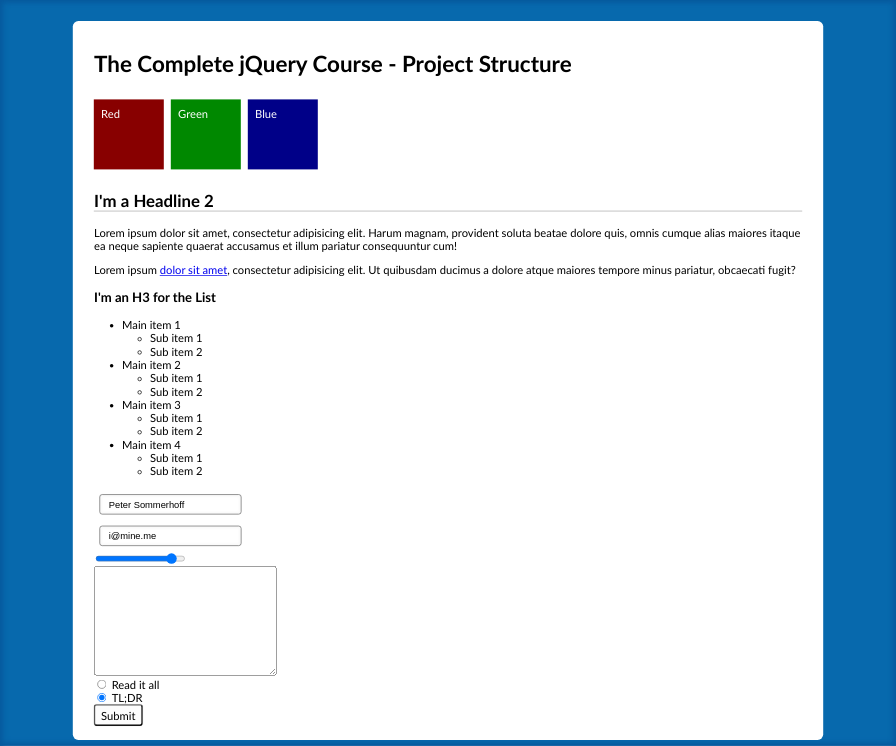
Repository: vpriyankaprabhu/Jquery-examples
Page: 04/change-attributes-properties/index.html
These files come from the project's save history. The page is drawn as it stood at one moment and after the next save; the edit follows.
The browser window is 1280 px wide. The pictures show the whole page, at 70% of full size.

Above is the page before, as saved 2024-12-30 11:21:04.

### 04/change-attributes-properties/index.html
<!DOCTYPE html>
<html lang="en">
<head>
  <meta charset="UTF-8">
  <script src="https://code.jquery.com/jquery-1.12.3.min.js" integrity="sha256-aaODHAgvwQW1bFOGXMeX+pC4PZIPsvn2h1sArYOhgXQ=" crossorigin="anonymous"></script>
  <script src="js/script.js"></script>
  <link rel="stylesheet" href="css/style.css">
  <title>The Complete jQuery Course - Course Code</title>
</head>
<body>
  <div id="content">
    <h1>The Complete jQuery Course - Project Structure</h1>

    <div class="red-box">Red</div>
    <div class="green-box">Green</div>
    <div class="blue-box">Blue</div>
    <div class="clear"></div>

    <h2>I'm a Headline 2</h2>
    <p>Lorem ipsum dolor sit amet, consectetur adipisicing elit. Harum magnam, provident soluta beatae dolore quis, omnis cumque alias maiores itaque ea neque sapiente quaerat accusamus et illum pariatur consequuntur cum!</p>
    <p>Lorem ipsum <a id="link" title="An amazing link" href="/url">dolor sit amet</a>, consectetur adipisicing elit. Ut quibusdam ducimus a dolore atque maiores tempore minus pariatur, obcaecati fugit?</p>

    <h3>I'm an H3 for the List</h3>
    <!-- An unordered list with ID "list" -->
    <ul id="list">
      <li>Main item 1
        <ul>
          <li>Sub item 1</li>
          <li>Sub item 2</li>
        </ul></li>
      <li>Main item 2
        <ul>
          <li>Sub item 1</li>
          <li>Sub item 2</li>
        </ul></li>
      <li>Main item 3
        <ul>
          <li>Sub item 1</li>
          <li>Sub item 2</li>
        </ul></li>
      <li>Main item 4
        <ul>
          <li>Sub item 1</li>
          <li>Sub item 2</li>
        </ul></li>
    </ul>

    <!-- A form element without class or ID  -->
    <form action="">
      <input type="text" value="Foo"><br>
      <input type="email" value="i@mine.me"><br>
      <input type="range" min="1" max="10" value="3"><br>
      <textarea name="message" id="message" cols="30" rows="10"></textarea><br>
      <input type="radio" name="toc" value="read" id="read"> <label for="read">Read it all</label> <br>
      <input type="radio" name="toc" value="tldr" checked> <label for="tldr">TL;DR</label> <br>
      <input type="submit" value="Submit">
    </form>
</body>
</html>

### 04/change-attributes-properties/js/script.js
$(function () {

  // 1) Attributes with attr()

  // To read the current value of an attribute, use attr() with only
  // one argument: the name of the attribute you want to read.
  var link = $("#link");
  // Retrieve the value of the href attribute of the <a> tag
  // This is logged into the console. To see it, press F12 in Firefox/Chrome
  // to open the Developer Tools and click on the Console tab.
  console.log(link.attr("href"));
  // Log the value of the title attribute
  console.log(link.attr("title"));

  // To set the value of an attribute, you call the attr() function with two
  // arguments: first, the name of the attribute you want to change, and second
  // the new value:
  link.attr("href", "http://petersommerhoff.com");

  // 2) Properties with prop()

  // To read the *current* value of a checkbox for instance, you must use the
  // prop() function:
  var radioButton = $("input[type=radio]:first");
  console.log(radioButton.prop("checked"));  // false
  console.log(radioButton.attr("checked"));  // undefined

  // 3) Values with val()
  // -> Read or set the value attribute of input elements

  // To retrieve the value of an input element, simply call val()
  var email = $("input[type=email]").val();
  console.log(email);  // i@mine.me
  var number = $("input[type=range]").val();
  console.log(number);  // 3

  // To set a new value, pass the new value as an argument to val():
  $("input[type=text]").val("Peter Sommerhoff");
  $("input[type=range]").val(9);

  // If you have multiple elements selected, using val() will implicitly
  // always call first() beforehand, so only change the first input element:
  var value = $("input").val();
  console.log(value);  // Peter Sommerhoff

});

### 04/change-attributes-properties/css/style.css
.lightbox {
  position: absolute;
  top: 0;
  left: 0;
  display: none;
  width: 30%;
  height: 60%;
  padding: 15% 35% 25% 35%;
  color: #000000;
  background-color: rgba(200, 100, 0, 0.9);
  text-align: center;
  text-shadow: #333 0 1px 0; }

.red-box {
  float: left;
  width: 80px;
  height: 80px;
  margin: 10px 10px 10px 0;
  padding: 10px;
  color: #ffffff;
  background-color: #880000; }

.green-box {
  float: left;
  width: 80px;
  height: 80px;
  margin: 10px 10px 10px 0;
  padding: 10px;
  color: #ffffff;
  background-color: #008800; }

.blue-box {
  float: left;
  width: 80px;
  height: 80px;
  margin: 10px 10px 10px 0;
  padding: 10px;
  color: #ffffff;
  background-color: #000088; }

.large {
  font-size: 125%;
}

.emphasize {
  color: #666;
  font-style: italic;
}

fieldset {
  border-radius: 4px;
  -moz-border-radius: 4px;
  -webkit-border-radius: 4px; }

label {
  display: inline-block;
  min-width: 100px; }

input[type="text"], input[type="email"], input[type="password"], input[type="tel"] {
  margin: 8px;
  padding: 6px 12px;
  outline: none;
  border: 1px solid #666;
  border-radius: 4px;
  box-shadow: inset 0 0 3px 3px #fafafa; }

input[type="submit"] {
  font-family: "Trebuchet MS", Verdana, Arial, sans-serif;
  font-size: 16px;
  padding: 4px 8px;
  background-color: #fcfcfc;
  box-shadow: 0 0 1px 0 #aaa;
  -webkit-border-radius: 4px;
  -moz-border-radius: 4px;
  border-radius: 4px; }
  input[type="submit"]:hover {
    background-color: #f4f4f4;
    box-shadow: 0 0 1px 0 #ccc; }

html {
  min-height: 100%;
  background-color: #0769ad;
  box-shadow: 0 0 8px 4px #06599d inset; }

body {
  font-size: 16px;
  font-family: "Trebuchet MS", Verdana, Arial, sans-serif; }

.clear {
  clear: both; }

#content {
  overflow: auto;
  width: 80%;
  background-color: #fff;
  margin: 30px auto 0 auto;
  padding: 20px 30px;
  border-radius: 8px;
  -moz-border-radius: 8px;
  -webkit-border-radius: 8px; }

h1 {
  color: #000; }

h2 {
  border-bottom: 1px solid #aaa; }

#dashboard {
  position: absolute;
  width: 120px;
  height: 60%;
  left: -140px;
  top: 100px;
  padding: 20px;
  border-radius: 0 6px 6px 0;
  box-shadow: 0 0 3px 3px #f0f0f0;
  background-color: #999; }

.fancy-link {
  display: inline-block;
  text-decoration: none;
  color: #111199; }

.fancy-link:after {
  display: block;
  content: '';
  border-bottom: solid 1px #22a;
  transform: scaleX(0.0001);
  transition: transform 250ms ease-in-out; }

.fancy-link:hover:after {
  transform: scaleX(1); }

/*# sourceMappingURL=style.css.map */

After the next save:
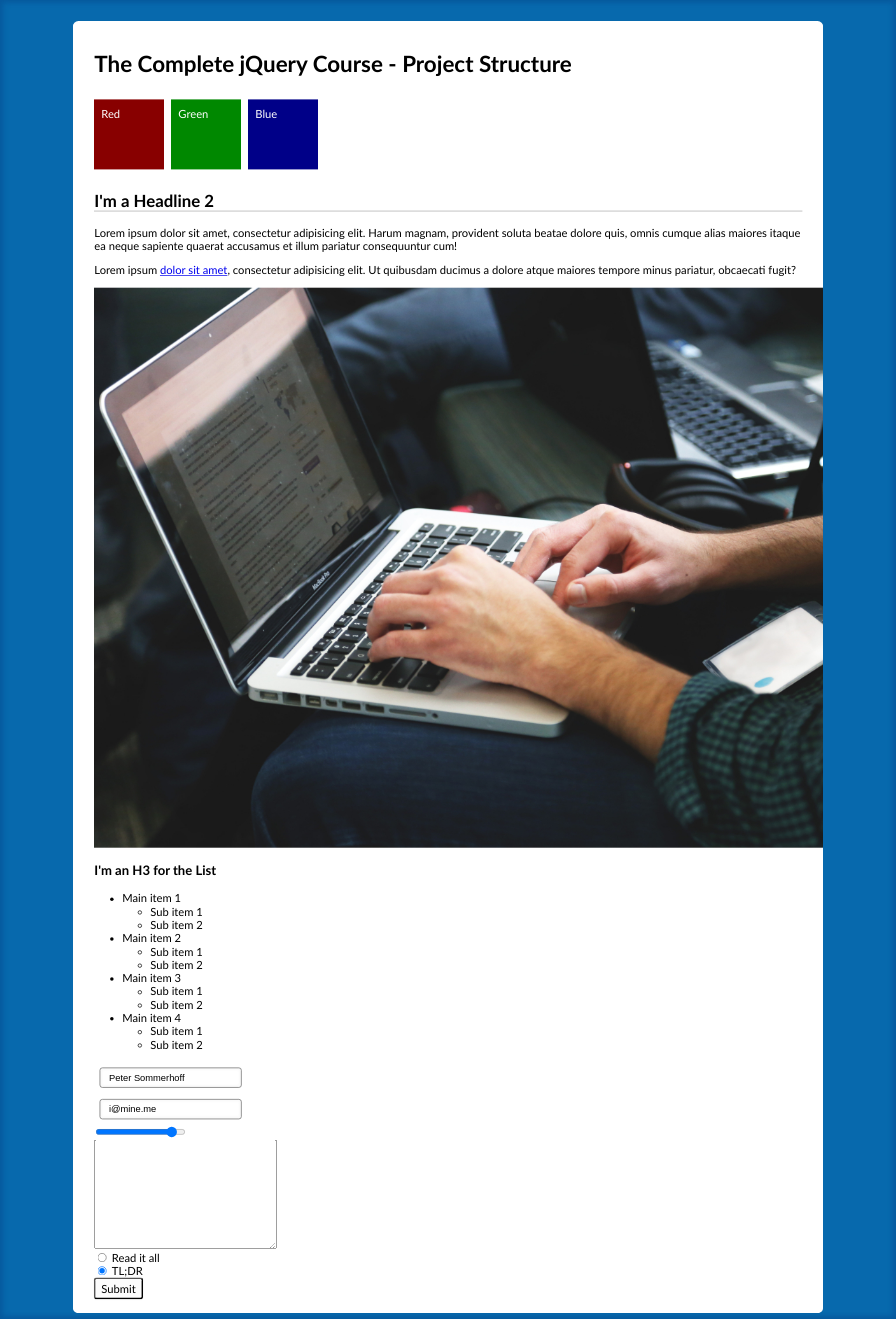
Saved 98 min 52 s later.
--- a/04/change-attributes-properties/index.html
+++ b/04/change-attributes-properties/index.html
@@ -19,6 +19,10 @@
     <h2>I'm a Headline 2</h2>
     <p>Lorem ipsum dolor sit amet, consectetur adipisicing elit. Harum magnam, provident soluta beatae dolore quis, omnis cumque alias maiores itaque ea neque sapiente quaerat accusamus et illum pariatur consequuntur cum!</p>
     <p>Lorem ipsum <a id="link" title="An amazing link" href="/url">dolor sit amet</a>, consectetur adipisicing elit. Ut quibusdam ducimus a dolore atque maiores tempore minus pariatur, obcaecati fugit?</p>
+
+    <div class="gallery">
+      <img src="images/laptop-mobile_small.jpg" alt="">
+    </div>
 
     <h3>I'm an H3 for the List</h3>
     <!-- An unordered list with ID "list" -->

After the save that followed:
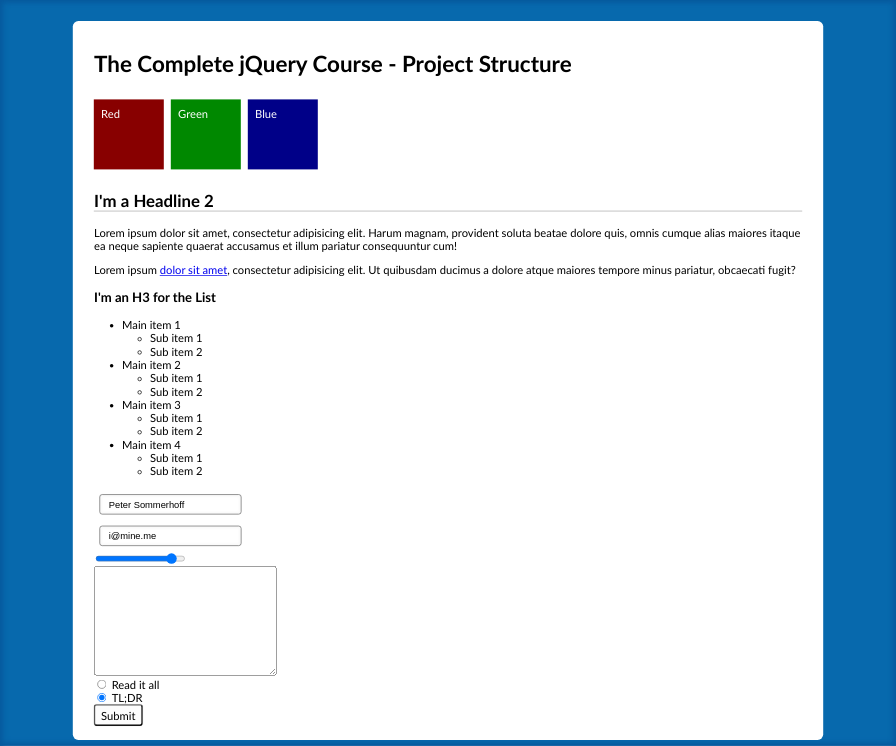
Saved 5 s later.
--- a/04/change-attributes-properties/index.html
+++ b/04/change-attributes-properties/index.html
@@ -19,10 +19,6 @@
     <h2>I'm a Headline 2</h2>
     <p>Lorem ipsum dolor sit amet, consectetur adipisicing elit. Harum magnam, provident soluta beatae dolore quis, omnis cumque alias maiores itaque ea neque sapiente quaerat accusamus et illum pariatur consequuntur cum!</p>
     <p>Lorem ipsum <a id="link" title="An amazing link" href="/url">dolor sit amet</a>, consectetur adipisicing elit. Ut quibusdam ducimus a dolore atque maiores tempore minus pariatur, obcaecati fugit?</p>
-
-    <div class="gallery">
-      <img src="images/laptop-mobile_small.jpg" alt="">
-    </div>
 
     <h3>I'm an H3 for the List</h3>
     <!-- An unordered list with ID "list" -->
